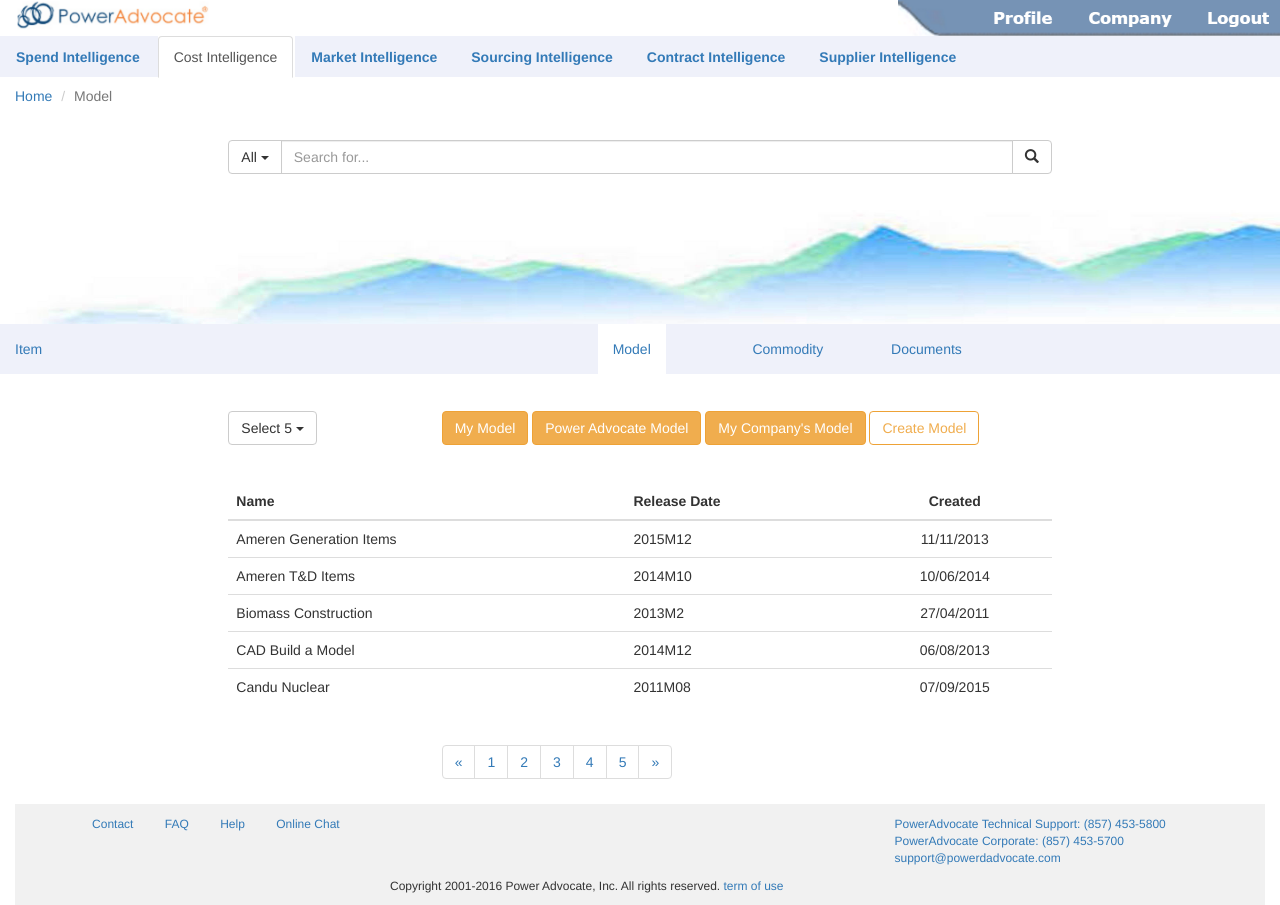
Repository: SamiraMansouri/PowerAdvocate-CostIntelligence-Application-new-Design-using-UserExperience-Method-
Page: http://localhost/PowerAdvocate/WEB-INF/views/Item.jsp
The author's editor kept a copy of each file at every save. The page is drawn from the files as they stood at one save, then again after the next save.
The browser window is 1280 px wide. The pictures show the whole page.
The page is served by Tomcat 9. Nobody is signed in. The template is opened directly, without the code that normally fills it, so the values that code supplies are empty.

Above is the page before, as saved 2016-04-25 01:45:54.

After the next save:
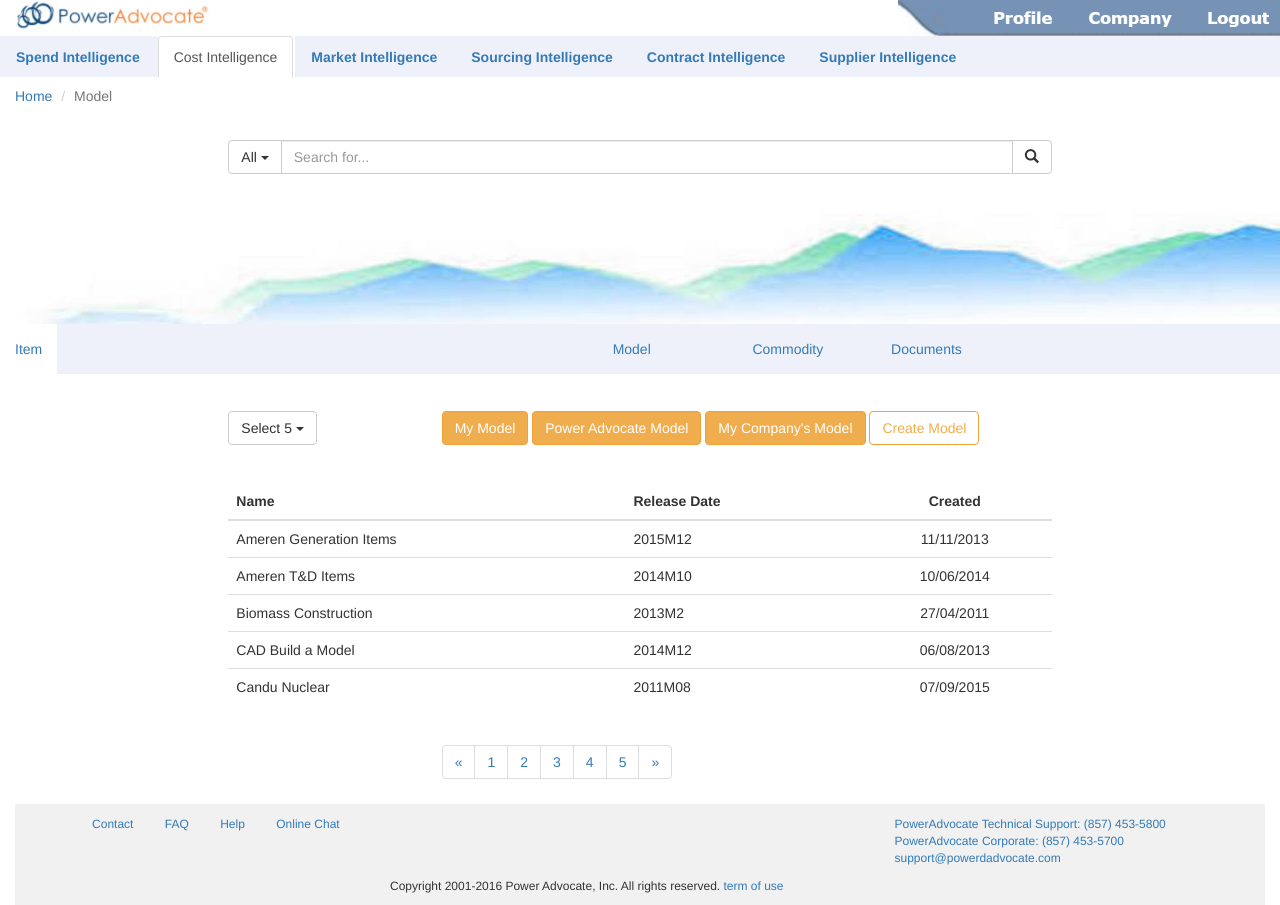
Saved 31 s later.
--- a/PowerAdvocate-Prototype/PowerAdvocate/src/main/webapp/WEB-INF/views/Item.jsp
+++ b/PowerAdvocate-Prototype/PowerAdvocate/src/main/webapp/WEB-INF/views/Item.jsp
@@ -206,9 +206,9 @@
 				<li><a href="#"></a></li>
 				<li><a href="#"></a></li>
 				<li><a href="#"></a></li>
-					<li class="active"><a href="#">Model</a></li>
+					<li ><a href="#">Model</a></li>
 									<li><a href="#"></a></li>
-					<li class="pull-left"><a href="/prototype/Item">Item</a></li>
+					<li class="pull-left active"><a href="/prototype/Item">Item</a></li>
 									<li><a href="#"></a></li>
 					<li><a href="/prototype/Commodity">Commodity</a></li>
 									<li><a href="#"></a></li>
